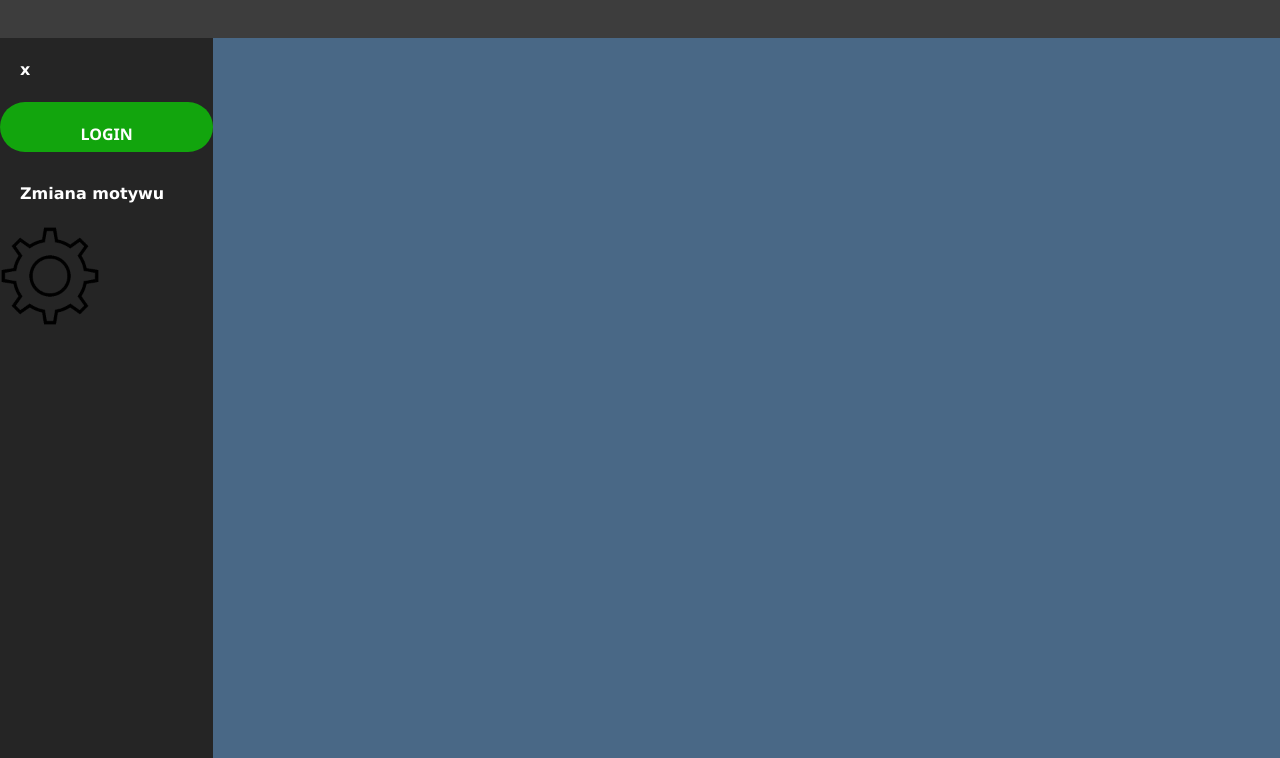
Repository: K4ziWolf/kazi
Page: /, after clicking the first element matching `button.btn`
An editor plug-in stored every save of this project. The page is shown before and after the next save, followed by the edit.
The browser window is 1280 px wide. The pictures show the whole page.
The project was rebuilt for these pictures with package versions that can differ from the ones it lists, and the page was loaded fresh each time. Also part of the build but not shown: vue.config.js, src/components/login_screen.vue, src/components/option_screen.vue.

Above is the page before, as saved 2023-10-20 22:36:55.

### src/App.vue
<template>
<body>
  <section>
  <div id="container" class="col-md-12">
    <div class="d-flex flex-column text-white" style="background-color: rgb(61, 61, 61) ">
    <div class="x-btn">
      <button class="btn btn-outline-secondary" v-bind:class="open_menu_button " @click="showMenuScreen" >
        Pokaż menu
      </button>
      <menu_screen v-if="isMenuScreenVisible" @hide-menu-screen="hideMenuScreen" @show-login-screen="showLoginScreen" @change-theme="changeTheme" @option-open="optionOpener">
      </menu_screen>

    <div> <!--menu_scree i login_screen odpowiedzialne są za pokazywanie się tych komponentów-->
      <login_screen v-if="isLoginScreenVisible" @hide-login-screen="hideLoginScreen">
      </login_screen>
    </div>
    <option_screen v-if="isOptionScreenVisible" @hide-option-screen="HideOptionScreen">
      </option_screen>
  </div>
  </div>
  </div>
  </section>
</body>
</template>

<script>
import menu_screen from './components/menu_screen.vue';
import login_screen from './components/login_screen.vue';
import option_screen from './components/option_screen.vue';
export default {
  components: {
    menu_screen,
    login_screen,
    option_screen,
  },
  data() {
    return {
      open_menu_button: "show",
      open_login_button: "show",
      isLoginScreenVisible: false,
      isMenuScreenVisible: false,
      changecolor:0,
      isOptionScreenVisible: false,
    };
  },
  methods: {
    optionOpener(){
      this.isOptionScreenVisible = true;
    },
    HideOptionScreen(){
      setTimeout(() => {
      this.isOptionScreenVisible = false;
      }, 1000);
    },
    changeTheme() {
        this.changecolor += 1;
      if (this.changecolor % 2 === 0) {
        document.body.style.backgroundColor = 'blue';
      } else {
        document.body.style.backgroundColor = 'red';
      }
    },
    showMenuScreen() { //funkcja pokazująca menu
      this.isMenuScreenVisible = true;
      this.open_menu_button = "hidden";
      this.open_login_button = "show";
    },
    hideMenuScreen() {
      setTimeout(() => { //timeout aby animacja była płynna
        this.open_menu_button = "show";
        this.isMenuScreenVisible = false;
      }, 1200);
    },
    showLoginScreen() {
      this.isLoginScreenVisible = true;
      setTimeout(() => {
      this.isMenuScreenVisible = false;
      }, 1000);
    },
    hideLoginScreen() {
      setTimeout(() => {
        this.open_login_button = "show";
        this.open_menu_button ='show'
        this.isLoginScreenVisible = false;
      }, 1500);
    },
  },
};
</script>

<style>
@import '/src/style.css';

#app {
  font-family: Avenir, Helvetica, Arial, sans-serif;
  -webkit-font-smoothing: antialiased;
  -moz-osx-font-smoothing: grayscale;
  text-align: center;
  color: #2c3e50;
}
.show {
  opacity: 1;
  animation: show_button 0.4s;
}
@keyframes show_button {
  from {
    opacity: 0;
  }
  to {
    opacity: 1;
  }
}
.hidden {
  animation: hide_button 0.4s;
  opacity: 0;
}
@keyframes hide_button {
  from {
    opacity: 1;
  }
  to {
    opacity: 0;
  }
}
body { /*testy moje do zmiany */
  height: 100%;
  width: 100%;
  background-color: rgb(127, 247, 207);
}
.x-btn {
  background-color: rgb(61, 61, 61);

}
.xd-btn {
  text-decoration: none;
  border: none;
  font-family: Verdana, Geneva, Tahoma, sans-serif;
  background-color: #2c3e50;
  border-bottom-left-radius: 25px;
  border-bottom-right-radius: 25px;
  color: white;
  font-weight: bolder;

}
html {
  background-color: #496886;
}
</style>

### src/style.css
template {
    background-color: aqua;
}

### src/components/menu_screen.vue
<template>
     <div class="holder-ten1 col-sm-2" id="menu_holder" :class="menu_box_show">
    <div class="pole-exit-btn" id="Exit_menu_button">
      <button class="exit-baton" id="menu_exit_button" @click="hideMenuScreen">
        x
      </button>
      <button class="baton" id="poka-login" v-bind:class="open_login_button" @click="showLoginScreen">
        LOGIN
      </button>
      <button id="change_theme_btn" v-bind:class="change_theme_btn" @click="changeTheme">
        Zmiana motywu
      </button>
      <div id="gear_icon_box">
        <img
          v-bind:class="open_option_button"
          src="../assets/gear_icon.png"
          alt="Gear Icon"
          @mouseenter="openOptionButtonEnter"
          @mouseleave="openOptionButtonLeave"
          @click="open_options"
        />
      </div>
    </div>
  </div>
  </template>

  <script>
  export default {
    data() {
      return {
        menu_box_show: "show",
        open_option_button: "unanimated",
        change_theme_btn:"bright",
      };
    },
    methods: {
      open_options(){
        this.$emit('option-open');

      },
      changeTheme() {
        if (this.change_theme_btn === 'dark') {
          this.change_theme_btn = 'bright';
        } else {
          this.change_theme_btn = 'dark';
        }
          this.$emit('change-theme');
      },
      hideMenuScreen() {
        this.$emit('hide-menu-screen');
        this.menu_box_show = "hide";
      }, //emit to event, czyli wysłanie do komponenta rodzica komendy wywołania funckji w tym przypadku hideMenuScreen
      showLoginScreen() {
        this.menu_box_show = "hide";
        setTimeout(() => {
          this.$emit('show-Login-Screen');
        }, 200); //opóźnienie dla dobra animacji chyba tak mi się wydaje dawno temu to pisałem
      },
      openOptionButtonEnter() {
        this.open_option_button = "animated";
      },
      openOptionButtonLeave(){
        this.open_option_button = "unanimated";
      },
    },
  };
  </script>
  <style scoped>  /* scoped dotyczy tylko tego dokumentu */
.show {
  animation: show_animation 1s ease-in-out;
}
button{
  padding: 20px;
}
@keyframes show_animation {
  from {
    opacity: 0;
    transform: translate3d(-40%, 0, 0);
  }
  to {
    opacity: 1;
    transform: translate3d(0, 0, 0);
  }
}

.hide {
  opacity: 0;
  animation: hide_animation 1s ease-in-out;
}

@keyframes hide_animation {
  from {
    opacity: 1;
    transform: translate3d(0, 0, 0);
  }
  to {
    opacity: 0;
    transform: translate3d(-40%, 0, 0);
  }
}

#menu_holder {
  background-color: rgb(37, 37, 37) !important;
  position: absolute;
  height: 100vh; /* Ustawienie na 100% wysokości strony */
  display: grid;
  grid-template-columns: 1fr; /* Pasek będzie miał tylko jedną kolumnę */
  gap: 0px;
  grid-template-areas: "Exit_menu_button" "poka-login" "change_theme_btn" "gear_icon_box";
}

.baton {
  background-color: rgb(18, 165, 13);
  display: inline-grid;
  text-decoration: none;
  width: 100%; /* Rozciągnij przycisk na 100% szerokości kontenera */
  height: 50px;
  border-radius: 25px;
  text-align: center;
  font-family: 'Segoe UI', Tahoma, Geneva, Verdana, sans-serif;
  border: none;
  color: white;
  font-weight: bold;
  margin-bottom: 10px; /* Dodaj odstęp między przyciskami */
}

.exit-baton {
  border: none;
  background-color: transparent;
  display: grid;
  font-family: Verdana, Geneva, Tahoma, sans-serif;
  font-weight: bold;
  color: white;
}

  holder-ten1 {
    background-color: rgb(37, 37, 37);
  }
  pole-exit-btn {
    background-color: rgb(37, 37, 37);
  }
  .dark{
    color: rgb(37, 37, 37) !important;
  }
  .bright{

    color: white;
  }
  #gear_icon_box img {
    max-width: 100px;
    cursor: pointer;
  }
  .unanimated{
  animation: back_spin 0.5s;
}
  .animated{
    animation: spin 5s linear infinite;
  }
  @keyframes spin {
  from {
    transform: rotate(0deg);
  }
  to {
    transform: rotate(360deg);
  }
}
@keyframes back_spin {
  from {
    transform: rotate(360deg);
  }
  to {
    transform: rotate(0deg);
  }
 }
 #gear_icon_box {
    height: 30px;
    width: 30px;
    border: none;
    background-color: transparent;
    display: grid;
    font-family: Verdana, Geneva, Tahoma, sans-serif;
    font-weight: bold;
    grid-area: gear_icon_box;
}
  #change_theme_btn{
    border: none;
    background-color: transparent;
    display: grid;

    font-family:Verdana, Geneva, Tahoma, sans-serif;
    font-weight: bold;
    grid-area: change_theme_btn;
   }
  </style>

Loaded but not shown: public/index.html (common file); src/main.js (common file)

After the next save:
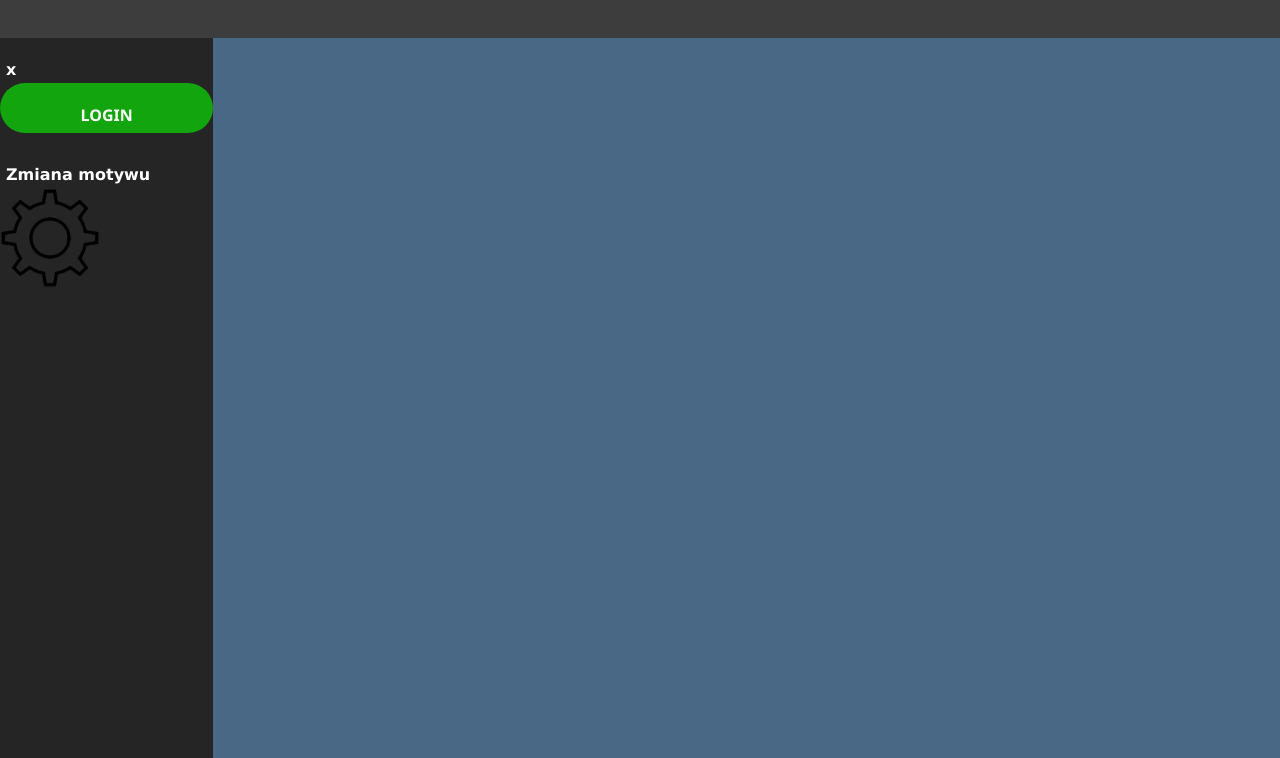
Saved 8 s later.
--- a/src/components/menu_screen.vue
+++ b/src/components/menu_screen.vue
@@ -70,7 +70,7 @@
   animation: show_animation 1s ease-in-out;
 }
 button{
-  padding: 20px;
+  padding-top: 20px;
 }
 @keyframes show_animation {
   from {
